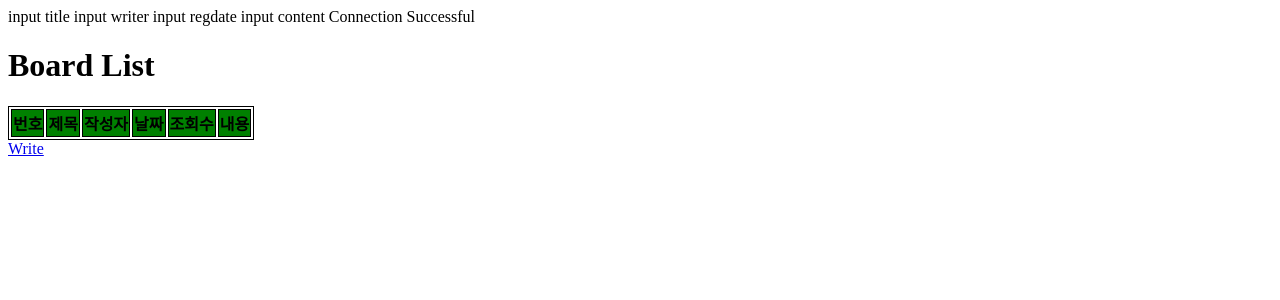
Repository: LEECHAEHEE/webProgramming
Page: http://localhost/board/
These files come from the project's save history. The page is drawn as it stood at one moment and after the next save; the edit follows.
The browser window is 1280 px wide. The pictures show the whole page.
The page is served by Tomcat 9. Nobody is signed in. The application's start-up code is not run. Queries for data that is not in the repository find no rows.

Above is the page before, as saved 2018-04-02 10:09:46.

After the next save:
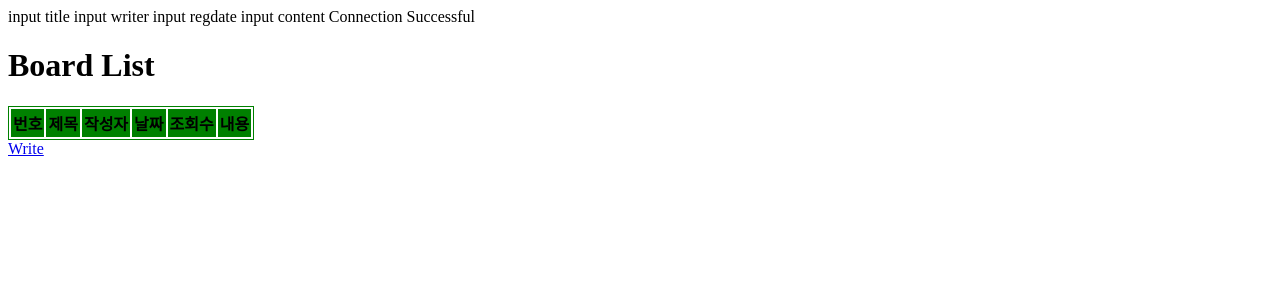
Saved 10 s later.
--- a/board/WebContent/index.jsp
+++ b/board/WebContent/index.jsp
@@ -40,7 +40,7 @@
 
 %>
 <style type="text/css">
-	table, td, th {border:1px solid black;}
+	table, td, th {border:1px solid green;}
 	th {background-color:green; color:black;}
 </style>
 </head>
